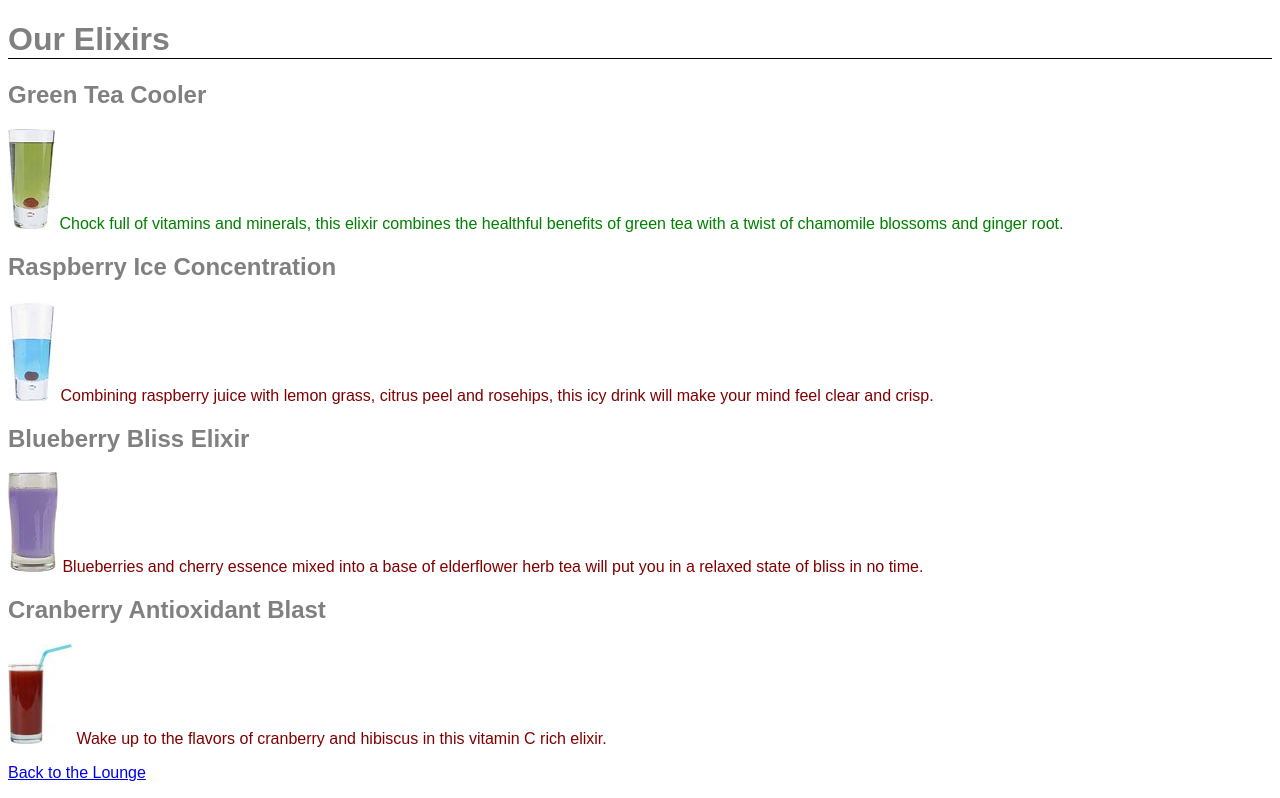
Repository: Dearning/head-first-html-css
Page: chapter7/beverages/elixir.html
These files come from the project's save history. The page is drawn as it stood at one moment and after the next save; the edit follows.
The browser window is 1280 px wide. The pictures show the whole page.

Above is the page before, as saved 2021-09-20 19:00:40.

### chapter7/beverages/elixir.html
<!doctype html>
<html>
  <head>
    <meta charset="utf-8">
    <title>Head First Lounge Elixirs</title>
    <link rel="stylesheet" href="../lounge.css" type="text/css">
  </head>
  <body>
    <h1>Our Elixirs</h1>

    <h2>Green Tea Cooler</h2>
    <p class="greentea">
      <img src="../images/green.jpg" alt="Green Tea Cooler">
      Chock full of vitamins and minerals, this elixir
      combines the healthful benefits of green tea with
      a twist of chamomile blossoms and ginger root.
    </p>
    <h2>Raspberry Ice Concentration</h2>
    <p class="raspberry">
      <img src="../images/lightblue.jpg" alt="Raspberry Ice Concentration">
      Combining raspberry juice with lemon grass,
      citrus peel and rosehips, this icy drink
      will make your mind feel clear and crisp.
    </p>
    <h2 class="blueberry">Blueberry Bliss Elixir</h2>
    <p>
      <img src="../images/blue.jpg" alt="Blueberry Bliss Elixir">
      Blueberries and cherry essence mixed into a base
      of elderflower herb tea will put you in a relaxed
      state of bliss in no time.
    </p>
    <h2>Cranberry Antioxidant Blast</h2>
    <p>
      <img src="../images/red.jpg" alt="Cranberry Antioxidant Blast">
      Wake up to the flavors of cranberry and hibiscus
      in this vitamin C rich elixir.
    </p>
    <p>
      <a href="../lounge.html">Back to the Lounge</a>
    </p>
  </body>
</html>

### chapter7/lounge.css
body{
	font-family: sans-serif;
}
 h1,h2{
  /* font-family: sans-serif; */
  color: gray;
}
h1{
  /* text-decoration: underline; */
  border-bottom: 1px solid black;
}
p{
  color: maroon;
  /* background-color: yellow; */
}
/* em{
	font-family: serif;
} */
p.greentea{
  color: green;
}

After the next save:
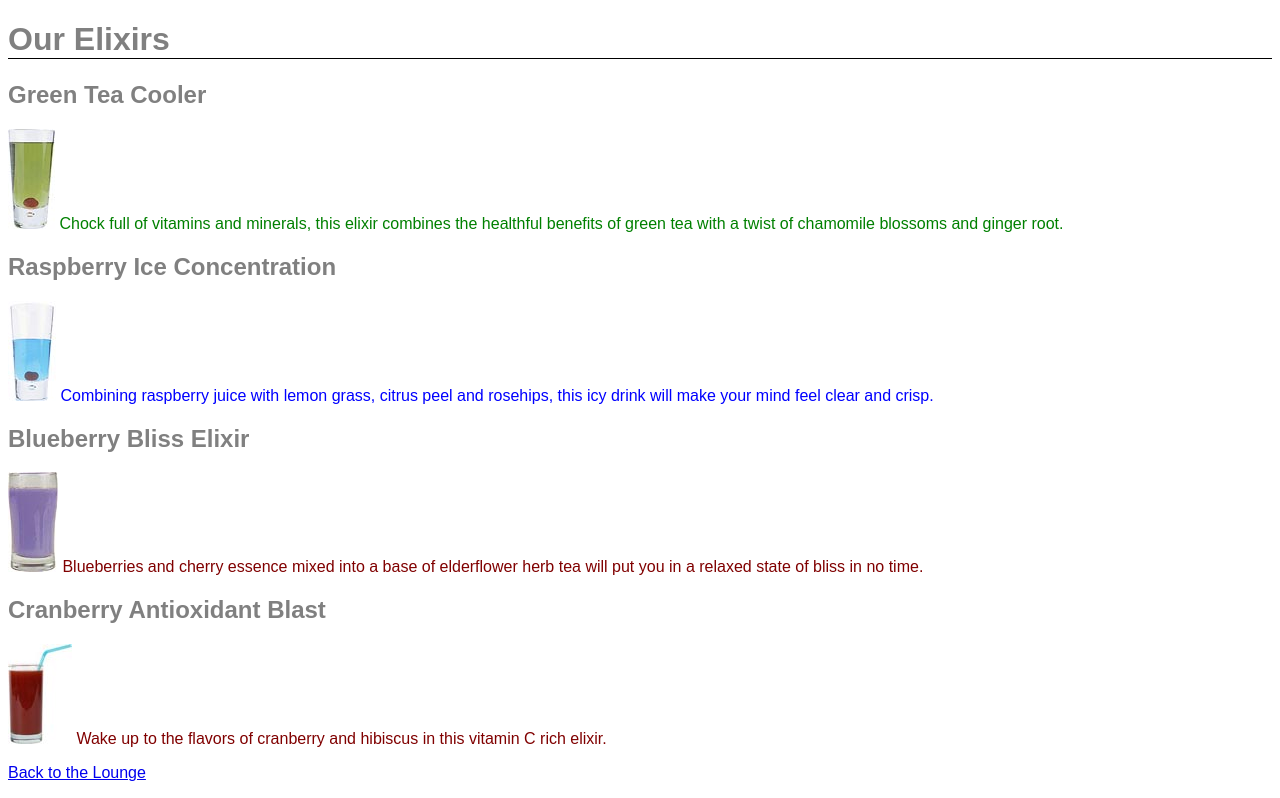
Saved 61 s later.
--- a/chapter7/lounge.css
+++ b/chapter7/lounge.css
@@ -19,3 +19,9 @@
 p.greentea{
   color: green;
 }
+p.raspberry{
+  color: blue;
+}
+p.blueberry{
+  color: purple;
+}
